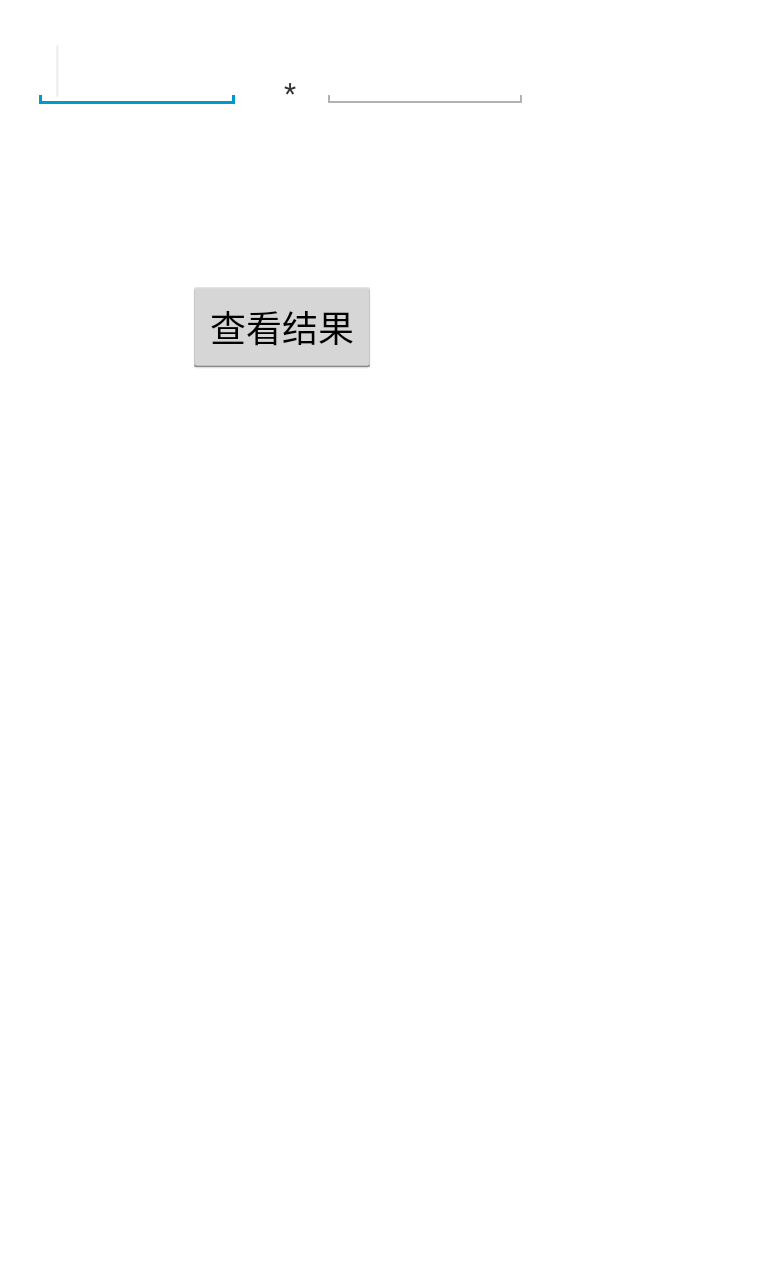
Repository: 729517723/AndroidProject
Layout: Activity_03_contrl/res/layout/activity_main.xml
An editor plug-in stored every save of this project. The layout is shown before and after the next save, followed by the edit.
It is drawn on a 768 x 1280 px phone screen (xhdpi) without system bars, with theme AppTheme; the app's code is not run.

Above is the layout before, as saved 2016-08-15 16:45:06.

### Activity_03_contrl/res/layout/activity_main.xml
<RelativeLayout xmlns:android="http://schemas.android.com/apk/res/android"
    xmlns:tools="http://schemas.android.com/tools"
    android:layout_width="match_parent"
    android:layout_height="match_parent"
    android:paddingBottom="@dimen/activity_vertical_margin"
    android:paddingLeft="@dimen/activity_horizontal_margin"
    android:paddingRight="@dimen/activity_horizontal_margin"
    android:paddingTop="@dimen/activity_vertical_margin"
    tools:context="com.example.activity_03_contrl.MainActivity" >


    <EditText
        android:id="@+id/first"
        android:layout_width="wrap_content"
        android:layout_height="wrap_content"
        android:ems="5" >
        <requestFocus />
    </EditText>

    <EditText
        android:id="@+id/second"
        android:layout_width="wrap_content"
        android:layout_height="wrap_content"
        android:layout_alignBaseline="@+id/first"
        android:layout_alignBottom="@+id/first"
        android:layout_marginLeft="39dp"
        android:layout_toRightOf="@+id/first"
        android:ems="5" />

    <Button
        android:id="@+id/button1"
        android:layout_width="wrap_content"
        android:layout_height="wrap_content"
        android:layout_alignRight="@+id/second"
        android:layout_below="@+id/first"
        android:layout_marginRight="76dp"
        android:layout_marginTop="84dp"
        android:onClick="OnClick"
        android:text="查看结果" />

    <TextView
        android:id="@+id/textView1"
        android:layout_width="wrap_content"
        android:layout_height="wrap_content"
        android:layout_above="@+id/button1"
        android:layout_marginLeft="21dp"
        android:layout_toRightOf="@+id/first"
        android:text="*" />

</RelativeLayout>

Loaded but not shown: Activity_03_contrl/res/values/styles.xml (common file); Activity_03_contrl/res/values-v11/styles.xml (common file); Activity_03_contrl/res/values-v14/styles.xml (common file); Activity_03_contrl/res/values/dimens.xml (common file); Activity_03_contrl/res/values-w820dp/dimens.xml (common file)

After the next save:
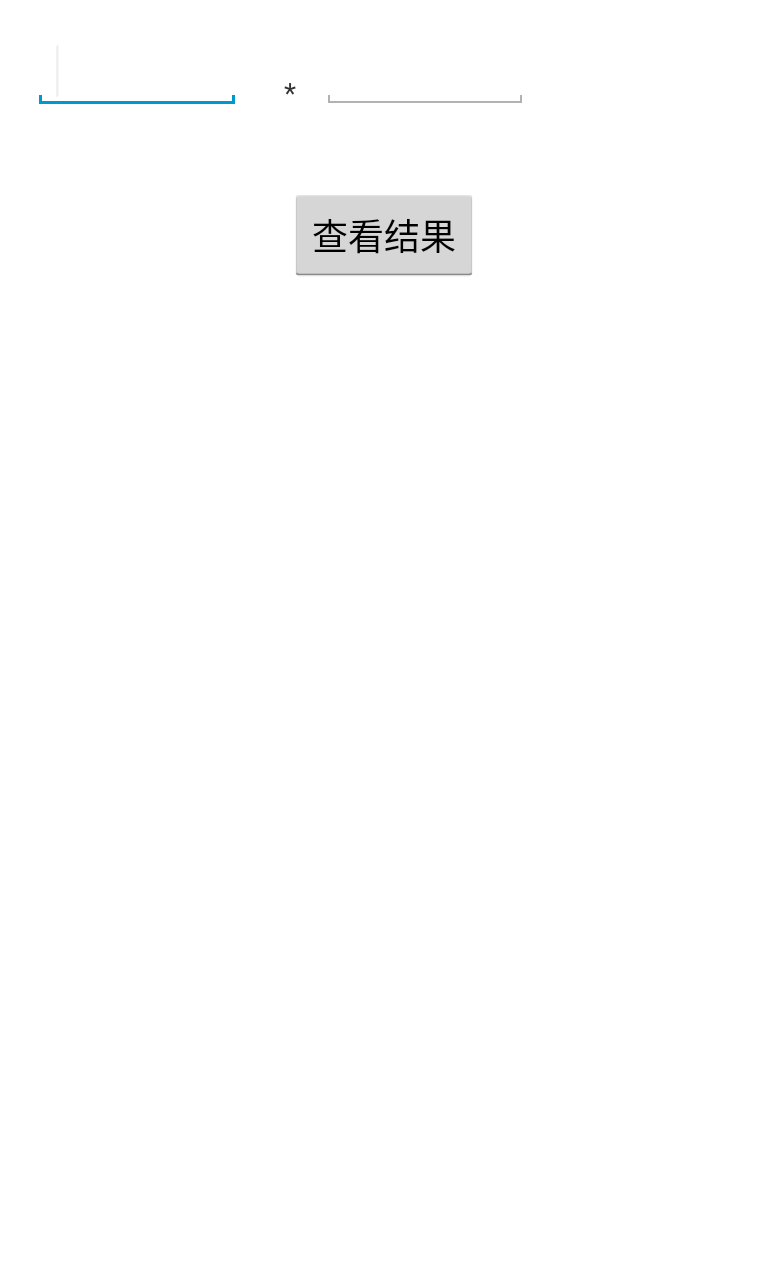
Saved 108 s later.
--- a/Activity_03_contrl/res/layout/activity_main.xml
+++ b/Activity_03_contrl/res/layout/activity_main.xml
@@ -27,17 +27,6 @@
         android:layout_toRightOf="@+id/first"
         android:ems="5" />
 
-    <Button
-        android:id="@+id/button1"
-        android:layout_width="wrap_content"
-        android:layout_height="wrap_content"
-        android:layout_alignRight="@+id/second"
-        android:layout_below="@+id/first"
-        android:layout_marginRight="76dp"
-        android:layout_marginTop="84dp"
-        android:onClick="OnClick"
-        android:text="查看结果" />
-
     <TextView
         android:id="@+id/textView1"
         android:layout_width="wrap_content"
@@ -47,4 +36,14 @@
         android:layout_toRightOf="@+id/first"
         android:text="*" />
 
+    <Button
+        android:id="@+id/button1"
+        android:layout_width="wrap_content"
+        android:layout_height="wrap_content"
+        android:layout_below="@+id/first"
+        android:layout_centerHorizontal="true"
+        android:layout_marginTop="38dp"
+        android:onClick="OnClick"
+        android:text="查看结果" />
+
 </RelativeLayout>
